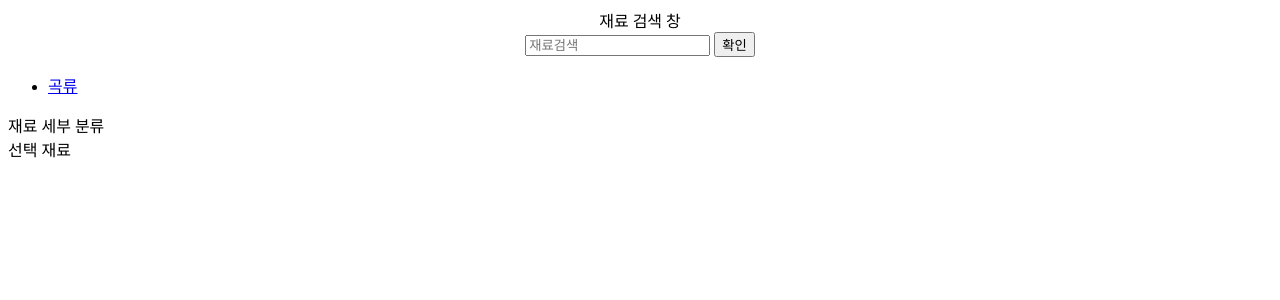
Repository: ahg2656/third_project
Page: http://localhost/third_pro/main.jsp
An editor plug-in stored every save of this project. The page is shown before and after the next save, followed by the edit.
The browser window is 1280 px wide. The pictures show the whole page.
The page is served by Tomcat 9.

Above is the page before, as saved 2018-11-05 08:37:12.

After the next save:
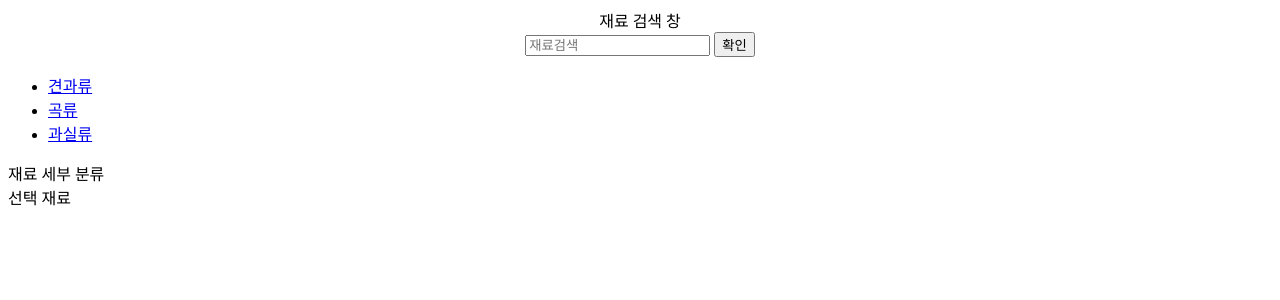
Saved 39 s later.
--- a/third_project/third_pro/src/main/webapp/main.jsp
+++ b/third_project/third_pro/src/main/webapp/main.jsp
@@ -30,7 +30,9 @@ window.onload= function() {
 </div>
 <div class="serch_4" >
 <ul>
+<li><a href="#">견과류</a></li>
 <li><a href="#">곡류</a></li>
+<li><a href="#">과실류</a></li>
 </ul>
 </div>
 <div class="serch_5">
